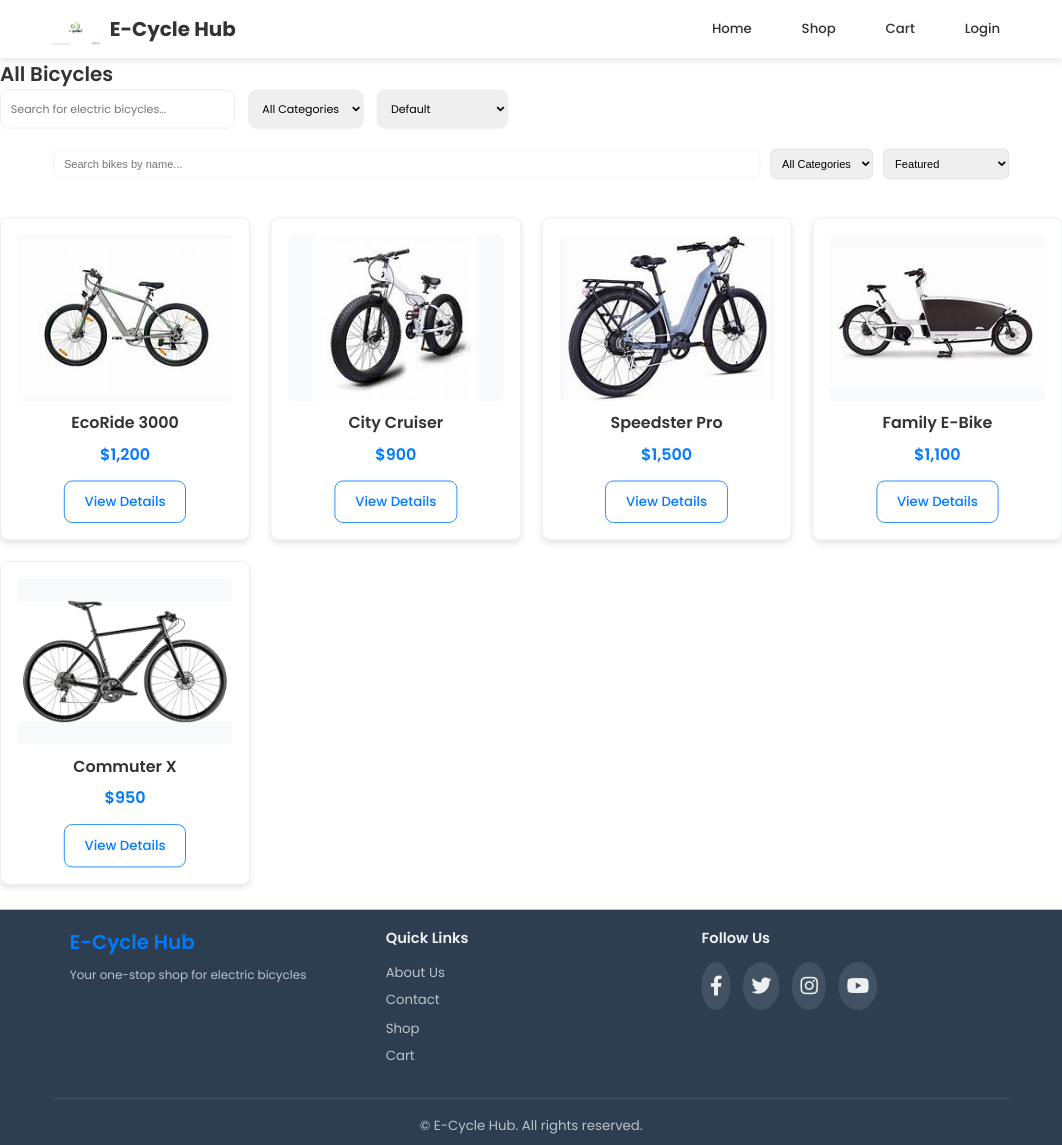
Repository: Rutuja-g/E-Cycle-Hub
Page: public/products.html
An editor plug-in stored every save of this project. The page is shown before and after the next save, followed by the edit.
The browser window is 1280 px wide. The pictures show the whole page, at 83% of full size.

Above is the page before, as saved 2025-10-24 16:08:38.
Console error: SyntaxError: Unexpected token 'export'

### public/products.html
<!DOCTYPE html>
<html lang="en">
  <head>
    <meta charset="UTF-8" />
    <meta name="viewport" content="width=device-width, initial-scale=1.0" />
    <title>Products - E-Cycle Hub</title>
    <link rel="preconnect" href="https://fonts.googleapis.com" />
    <link rel="preconnect" href="https://fonts.gstatic.com" crossorigin />
    <link
      href="https://fonts.googleapis.com/css2?family=Poppins:wght@300;400;500;600;700&display=swap"
      rel="stylesheet"
    />
    <link rel="icon" href="favicon.ico" type="image/x-icon" />
    <link rel="stylesheet" href="css/reset.css" />
    <link rel="stylesheet" href="css/variables.css" />
    <link rel="stylesheet" href="css/main.css" />
    <link
      rel="stylesheet"
      href="https://cdnjs.cloudflare.com/ajax/libs/font-awesome/6.0.0/css/all.min.css"
    />
  </head>
  <body>
    <header>
      <div id="header"></div>
    </header>

    <main>
      <section class="shop-products">
        <h2>All Bicycles</h2>
        <div class="product-search">
          <input
            type="text"
            id="searchInput"
            placeholder="Search for electric bicycles..."
          />
          <select id="categorySelect">
            <option value="all">All Categories</option>
          </select>
          <select id="sortSelect">
            <option value="">Default</option>
            <option value="price-asc">Price Low to High</option>
            <option value="price-desc">Price High to Low</option>
            <option value="popularity">Popularity</option>
          </select>
        </div>
        <div class="product-list" id="product-list">
          <!-- Product cards will be dynamically inserted here -->
        </div>
      </section>
    </main>

    <footer>
      <div id="footer"></div>
    </footer>

    <script src="js/components.js"></script>
    <script src="js/main.js"></script>
    <script src="js/api.js"></script>
    <script src="js/store.js"></script>
    <script src="js/cart.js"></script>
  </body>
</html>

### public/css/reset.css
html
/* CSS Reset */
* {
    margin: 0;
    padding: 0;
    box-sizing: border-box;
}

html, body {
    height: 100%;
    font-family: Arial, sans-serif;
}

img {
    max-width: 100%;
    height: auto;
}

a {
    text-decoration: none;
    color: inherit;
}

ul {
    list-style: none;
}

button {
    cursor: pointer;
}

### public/css/variables.css
:root {
  --primary-color: #007bff; /* Electric Blue */
  --secondary-color: #0056b3; /* Darker Blue for hover */
  --background-color: #ffffff; /* White */
  --text-color: #333333; /* Dark Gray */
  --muted: #6c757d; /* Muted text */
  --font-family: "Poppins", sans-serif; /* Modern Font */
  --font-size-base: 16px; /* Base Font Size */
  --font-size-large: 1.25rem; /* Large Font Size */
  --font-size-small: 0.875rem; /* Small Font Size */
  --border-radius: 10px; /* Rounded Corners */
  --box-shadow: 0 4px 8px rgba(0, 0, 0, 0.1); /* Subtle Box Shadow */
  --box-shadow-hover: 0 6px 12px rgba(0, 0, 0, 0.15); /* Hover Shadow */
  --transition: all 0.3s ease; /* Smooth Transitions */
}

### public/css/main.css
/* Main styles for E-Cycle Hub */

/* Reset some default styles */
body {
  margin: 0;
  font-family: var(--font-family);
  line-height: 1.6;
  color: var(--text-color);
  background-color: var(--background-color);
}

h1,
h2,
h3,
h4,
h5,
h6 {
  margin: 0;
  color: var(--text-color);
  font-weight: 600;
}

a {
  text-decoration: none;
  color: var(--primary-color);
  transition: var(--transition);
}

a:hover {
  color: var(--secondary-color);
}

/* Layout styles */
.container {
  width: 90%;
  max-width: 1200px;
  margin: auto;
}

/* Navbar styles */
.navbar {
  background: var(--background-color);
  box-shadow: var(--box-shadow);
  position: sticky;
  top: 0;
  z-index: 1000;
}

.nav-container {
  max-width: 1200px;
  margin: 0 auto;
  padding: 0 20px;
  display: flex;
  justify-content: space-between;
  align-items: center;
  height: 70px;
}

.logo a {
  font-size: 1.5em;
  font-weight: bold;
  display: flex;
  align-items: center;
  gap: 10px;
  color: var(--text-color);
  text-decoration: none;
}

.logo img {
  height: 40px;
  width: auto;
}

.nav-links {
  list-style: none;
  display: flex;
  gap: 30px;
  margin: 0;
  padding: 0;
}

.nav-links li {
  position: relative;
}

.nav-link {
  color: var(--text-color);
  text-decoration: none;
  padding: 10px 15px;
  border-radius: var(--border-radius);
  transition: all 0.3s ease;
  font-weight: 500;
}

.nav-link:hover,
.nav-link.active {
  background: var(--primary-color);
  color: white;
}

.nav-toggle {
  display: none;
  flex-direction: column;
  cursor: pointer;
  gap: 4px;
}

.nav-toggle span {
  width: 25px;
  height: 3px;
  background: var(--text-color);
  transition: 0.3s;
}

.main-content {
  padding: 20px 0;
}

/* Hero section styles */
.hero {
  position: relative;
  display: flex;
  align-items: center;
  justify-content: center;
  min-height: 400px;
  overflow: hidden;
}

.hero-banner {
  position: absolute;
  top: 0;
  left: 0;
  width: 100%;
  height: 100%;
  object-fit: cover;
  z-index: -1;
}

.hero-content {
  text-align: center;
  color: white;
  background: rgba(0, 0, 0, 0.5);
  padding: 20px;
  border-radius: 8px;
}

.hero h1 {
  font-size: 2.5em;
  margin-bottom: 10px;
}

.hero p {
  font-size: 1.2em;
  margin-bottom: 20px;
}

.btn {
  display: inline-block;
  padding: 12px 24px;
  background: var(--primary-color);
  color: white;
  border-radius: var(--border-radius);
  transition: var(--transition);
  font-weight: 500;
  border: none;
  cursor: pointer;
}

.btn:hover {
  background: var(--secondary-color);
  transform: translateY(-2px);
  box-shadow: var(--box-shadow-hover);
}

.btn.ghost {
  background: transparent;
  color: var(--primary-color);
  border: 1px solid var(--primary-color);
}

.btn.ghost:hover {
  background: var(--primary-color);
  color: white;
}

/* Responsive styles */
@media (max-width: 768px) {
  .container {
    width: 95%;
  }

  .header,
  .footer {
    padding: 15px 0;
  }

  .hero {
    min-height: 300px;
  }

  .hero h1 {
    font-size: 2em;
  }

  .hero p {
    font-size: 1em;
  }

  .product-search {
    flex-direction: column;
  }

  .product-search input,
  .product-search select {
    width: 100%;
  }
}

@media (max-width: 480px) {
  .hero {
    flex-direction: column;
    text-align: center;
  }

  .hero-content {
    padding: 15px;
  }

  .hero h1 {
    font-size: 1.8em;
  }

  .hero p {
    font-size: 0.9em;
  }

  /* Navbar responsive */
  .nav-toggle {
    display: flex;
  }

  .nav-links {
    position: absolute;
    top: 100%;
    left: 0;
    width: 100%;
    background: var(--background-color);
    flex-direction: column;
    padding: 20px 0;
    box-shadow: var(--box-shadow);
    display: none;
  }

  .nav-links.active {
    display: flex;
  }

  .nav-link {
    padding: 15px 20px;
    border-bottom: 1px solid rgba(0, 0, 0, 0.1);
  }

  .nav-link:hover,
  .nav-link.active {
    background: var(--primary-color);
    color: white;
    border-bottom: none;
  }

  /* Footer responsive */
  .footer-content {
    grid-template-columns: 1fr;
    text-align: center;
  }

  .social-icons {
    justify-content: center;
  }

  /* Grid responsive */
  .grid--featured {
    grid-template-columns: repeat(auto-fit, minmax(200px, 1fr));
  }
}

/* Product card styles (updated for .card class used by main.js) */
.card {
  border: 1px solid #e9ecef;
  border-radius: var(--border-radius);
  padding: 20px;
  text-align: center;
  background: var(--background-color);
  box-shadow: var(--box-shadow);
  transition: var(--transition);
  display: flex;
  flex-direction: column;
  height: 100%;
}

.card:hover {
  transform: translateY(-5px);
  box-shadow: var(--box-shadow-hover);
}

.card img {
  max-width: 100%;
  height: 200px;
  object-fit: contain;
  border-radius: 5px;
  margin-bottom: 15px;
  background-color: #f8f9fa;
}

.card .card-body {
  flex: 1;
  display: flex;
  flex-direction: column;
  justify-content: space-between;
}

.card .card-title {
  margin: 0 0 10px 0;
  font-size: 1.2em;
  line-height: 1.3;
}

.card .price {
  color: var(--primary-color);
  font-weight: 600;
  font-size: 1.2em;
  margin-bottom: 15px;
}

.card .btn {
  margin-top: auto;
  align-self: center;
}

/* Product search styles */
.product-search {
  display: flex;
  gap: 16px;
  margin-bottom: 24px;
  flex-wrap: wrap;
}

.product-search input,
.product-search select {
  padding: 12px;
  border: 1px solid #e9ecef;
  border-radius: var(--border-radius);
  font-family: var(--font-family);
  transition: var(--transition);
}

.product-search input:focus,
.product-search select:focus {
  outline: none;
  border-color: var(--primary-color);
  box-shadow: 0 0 0 2px rgba(0, 123, 255, 0.25);
}

/* Featured products grid */
.grid--featured,
.grid--shop,
.product-list {
  display: grid;
  grid-template-columns: repeat(auto-fit, minmax(300px, 1fr));
  gap: 25px;
  padding: 30px 0;
}

/* Cart styles */
.cart-item {
  display: flex;
  justify-content: space-between;
  padding: 16px 0;
  border-bottom: 1px solid #e9ecef;
}

.cart-item img {
  width: 50px;
  height: auto;
}

.cart-total {
  font-weight: bold;
  font-size: 1.2em;
}

/* Checkout styles */
.checkout-form {
  display: flex;
  flex-direction: column;
  gap: 16px;
}

.checkout-form input,
.checkout-form button {
  margin: 0;
  padding: 12px;
  border: 1px solid #e9ecef;
  border-radius: var(--border-radius);
  font-family: var(--font-family);
}

.checkout-form button {
  background: var(--primary-color);
  color: white;
  cursor: pointer;
  transition: var(--transition);
}

.checkout-form button:hover {
  background: var(--secondary-color);
}

/* Product details styles */
.product-details {
  max-width: 1200px;
  margin: 0 auto;
  padding: 20px;
  display: flex;
  flex-direction: column;
  gap: 20px;
}

.back-link {
  color: var(--primary-color, #4caf50);
  font-weight: bold;
  margin-bottom: 20px;
  display: inline-block;
}

.back-link:hover {
  color: var(--link-hover-color, #388e3c);
}

.product-image {
  flex: 1;
  max-width: 600px;
  margin: 0 auto;
}

.product-image img {
  width: 100%;
  height: auto;
  border-radius: 8px;
  box-shadow: 0 4px 10px rgba(0, 0, 0, 0.1);
}

.product-info {
  flex: 1;
  padding: 24px;
  background: var(--background-color);
  border-radius: var(--border-radius);
  box-shadow: var(--box-shadow);
}

.product-info h1 {
  font-size: 2em;
  margin-bottom: 10px;
}

.product-price {
  font-size: 1.5em;
  color: var(--primary-color);
  font-weight: 600;
  margin-bottom: 24px;
}

.product-info p {
  line-height: 1.6;
  margin-bottom: 20px;
}

.product-info .btn {
  margin-top: 20px;
}

/* Responsive for product details */
@media (max-width: 768px) {
  .product-details {
    flex-direction: column;
  }

  .product-image,
  .product-info {
    flex: none;
    width: 100%;
  }

  .product-info {
    padding: 15px;
  }

  .product-info h1 {
    font-size: 1.8em;
  }

  .product-price {
    font-size: 1.3em;
  }
}

/* Footer styles */
.footer {
  background: #2c3e50;
  color: #ecf0f1;
  padding: 20px 0 10px;
  margin-top: auto;
}

.footer-content {
  display: grid;
  grid-template-columns: repeat(auto-fit, minmax(250px, 1fr));
  gap: 30px;
  max-width: 1200px;
  margin: 0 auto;
  padding: 0 20px;
}

.footer-logo h2 {
  margin: 0 0 10px 0;
  color: var(--primary-color);
}

.footer-logo p {
  margin: 0;
  color: #bdc3c7;
  font-size: 0.9em;
}

.footer-links h3,
.footer-social h3 {
  margin: 0 0 15px 0;
  color: #ecf0f1;
  font-size: 1.1em;
}

.footer-links ul {
  list-style: none;
  padding: 0;
  margin: 0;
}

.footer-links li {
  margin-bottom: 8px;
}

.footer-links a {
  color: #bdc3c7;
  text-decoration: none;
  transition: color 0.3s;
}

.footer-links a:hover {
  color: var(--primary-color);
}

.social-icons {
  display: flex;
  gap: 15px;
}

.social-icons a {
  color: #ecf0f1;
  font-size: 1.5em;
  transition: all 0.3s;
  padding: 10px;
  border-radius: 50%;
  background: rgba(255, 255, 255, 0.1);
}

.social-icons a:hover {
  color: var(--primary-color);
  background: rgba(255, 255, 255, 0.2);
  transform: translateY(-2px);
}

.footer-bottom {
  text-align: center;
  margin-top: 30px;
  padding-top: 20px;
  border-top: 1px solid rgba(255, 255, 255, 0.1);
  color: #bdc3c7;
}

/* Add error styles */
.error {
  color: red;
  font-size: 0.9em;
  margin-top: 5px;
  display: none;
}

/* Success popup styles */
.success-popup {
  position: fixed;
  top: 0;
  left: 0;
  width: 100%;
  height: 100%;
  background-color: rgba(0, 0, 0, 0.5);
  display: flex;
  justify-content: center;
  align-items: center;
  z-index: 1000;
}

.popup-content {
  background-color: var(--background-color);
  padding: 24px;
  border-radius: var(--border-radius);
  text-align: center;
  box-shadow: var(--box-shadow);
}

.popup-content h3 {
  margin-bottom: 10px;
  color: var(--primary-color);
}

.popup-content button {
  background-color: var(--primary-color);
  color: white;
  border: none;
  padding: 12px 24px;
  border-radius: var(--border-radius);
  cursor: pointer;
  margin-top: 16px;
  transition: var(--transition);
}

.popup-content button:hover {
  background-color: var(--secondary-color);
}

### public/js/components.js
// components.js - Dynamic loading of header and footer components

(function () {
  // Load component into element
  async function loadComponent(componentPath, targetElement) {
    try {
      const response = await fetch(componentPath);
      if (!response.ok) {
        throw new Error(`Failed to load ${componentPath}: ${response.status}`);
      }
      const html = await response.text();
      targetElement.innerHTML = html;
    } catch (error) {
      console.error(`Error loading component ${componentPath}:`, error);
      targetElement.innerHTML = "<p>Error loading component</p>";
    }
  }

  // Load header and footer on page load
  document.addEventListener("DOMContentLoaded", function () {
    const headerElement = document.getElementById("header");
    const footerElement = document.getElementById("footer");

    if (headerElement) {
      loadComponent("components/header.html", headerElement);
    }

    if (footerElement) {
      loadComponent("components/footer.html", footerElement);
    }
  });
})();

### public/js/api.js
// This file contains functions for fetching and managing product data, including CRUD operations.

const apiUrl = 'https://api.example.com/products'; // Replace with your actual API endpoint

// Fetch all products
async function fetchProducts() {
    try {
        const response = await fetch(apiUrl);
        if (!response.ok) {
            throw new Error('Network response was not ok');
        }
        const products = await response.json();
        return products;
    } catch (error) {
        console.error('Error fetching products:', error);
    }
}

// Fetch a single product by ID
async function fetchProductById(productId) {
    try {
        const response = await fetch(`${apiUrl}/${productId}`);
        if (!response.ok) {
            throw new Error('Network response was not ok');
        }
        const product = await response.json();
        return product;
    } catch (error) {
        console.error('Error fetching product:', error);
    }
}

// Create a new product (for admin use)
async function createProduct(productData) {
    try {
        const response = await fetch(apiUrl, {
            method: 'POST',
            headers: {
                'Content-Type': 'application/json',
            },
            body: JSON.stringify(productData),
        });
        if (!response.ok) {
            throw new Error('Network response was not ok');
        }
        const newProduct = await response.json();
        return newProduct;
    } catch (error) {
        console.error('Error creating product:', error);
    }
}

// Update an existing product (for admin use)
async function updateProduct(productId, productData) {
    try {
        const response = await fetch(`${apiUrl}/${productId}`, {
            method: 'PUT',
            headers: {
                'Content-Type': 'application/json',
            },
            body: JSON.stringify(productData),
        });
        if (!response.ok) {
            throw new Error('Network response was not ok');
        }
        const updatedProduct = await response.json();
        return updatedProduct;
    } catch (error) {
        console.error('Error updating product:', error);
    }
}

// Delete a product (for admin use)
async function deleteProduct(productId) {
    try {
        const response = await fetch(`${apiUrl}/${productId}`, {
            method: 'DELETE',
        });
        if (!response.ok) {
            throw new Error('Network response was not ok');
        }
        return true; // Successfully deleted
    } catch (error) {
        console.error('Error deleting product:', error);
    }
}

### public/js/store.js
// This file manages localStorage interactions for saving and retrieving product data.

const store = {
    saveProducts: function(products) {
        localStorage.setItem('products', JSON.stringify(products));
    },
    getProducts: function() {
        const products = localStorage.getItem('products');
        return products ? JSON.parse(products) : [];
    },
    saveCart: function(cart) {
        localStorage.setItem('cart', JSON.stringify(cart));
    },
    getCart: function() {
        const cart = localStorage.getItem('cart');
        return cart ? JSON.parse(cart) : [];
    },
    clearCart: function() {
        localStorage.removeItem('cart');
    }
};

export default store;

### public/components/header.html
<nav class="navbar">
  <div class="nav-container">
    <div class="logo">
      <a href="index.html">
        <img src="assets/images/logo.jpg" alt="E-Cycle Hub Logo" />
        <span>E-Cycle Hub</span>
      </a>
    </div>
    <div class="nav-toggle" id="navToggle">
      <span></span>
      <span></span>
      <span></span>
    </div>
    <ul class="nav-links" id="navLinks">
      <li><a href="index.html" class="nav-link">Home</a></li>
      <li><a href="shop.html" class="nav-link">Shop</a></li>
      <li><a href="cart.html" class="nav-link">Cart</a></li>
      <li><a href="login.html" class="nav-link">Login</a></li>
    </ul>
  </div>
</nav>

### public/components/footer.html
<footer class="footer">
  <div class="container">
    <div class="footer-content">
      <div class="footer-logo">
        <h2>E-Cycle Hub</h2>
        <p>Your one-stop shop for electric bicycles</p>
      </div>
      <div class="footer-links">
        <h3>Quick Links</h3>
        <ul>
          <li><a href="about.html">About Us</a></li>
          <li><a href="contact.html">Contact</a></li>
          <li><a href="shop.html">Shop</a></li>
          <li><a href="cart.html">Cart</a></li>
        </ul>
      </div>
      <div class="footer-social">
        <h3>Follow Us</h3>
        <div class="social-icons">
          <a href="#" aria-label="Facebook"
            ><i class="fab fa-facebook-f"></i
          ></a>
          <a href="#" aria-label="Twitter"><i class="fab fa-twitter"></i></a>
          <a href="#" aria-label="Instagram"
            ><i class="fab fa-instagram"></i
          ></a>
          <a href="#" aria-label="YouTube"><i class="fab fa-youtube"></i></a>
        </div>
      </div>
    </div>
    <div class="footer-bottom">
      <p>&copy; <span id="year"></span> E-Cycle Hub. All rights reserved.</p>
    </div>
  </div>
</footer>

Loaded but not shown: public/assets/data/products.json (47 lines, source omitted); public/js/main.js (353 lines, source omitted); public/js/cart.js (205 lines, source omitted)

After the next save:
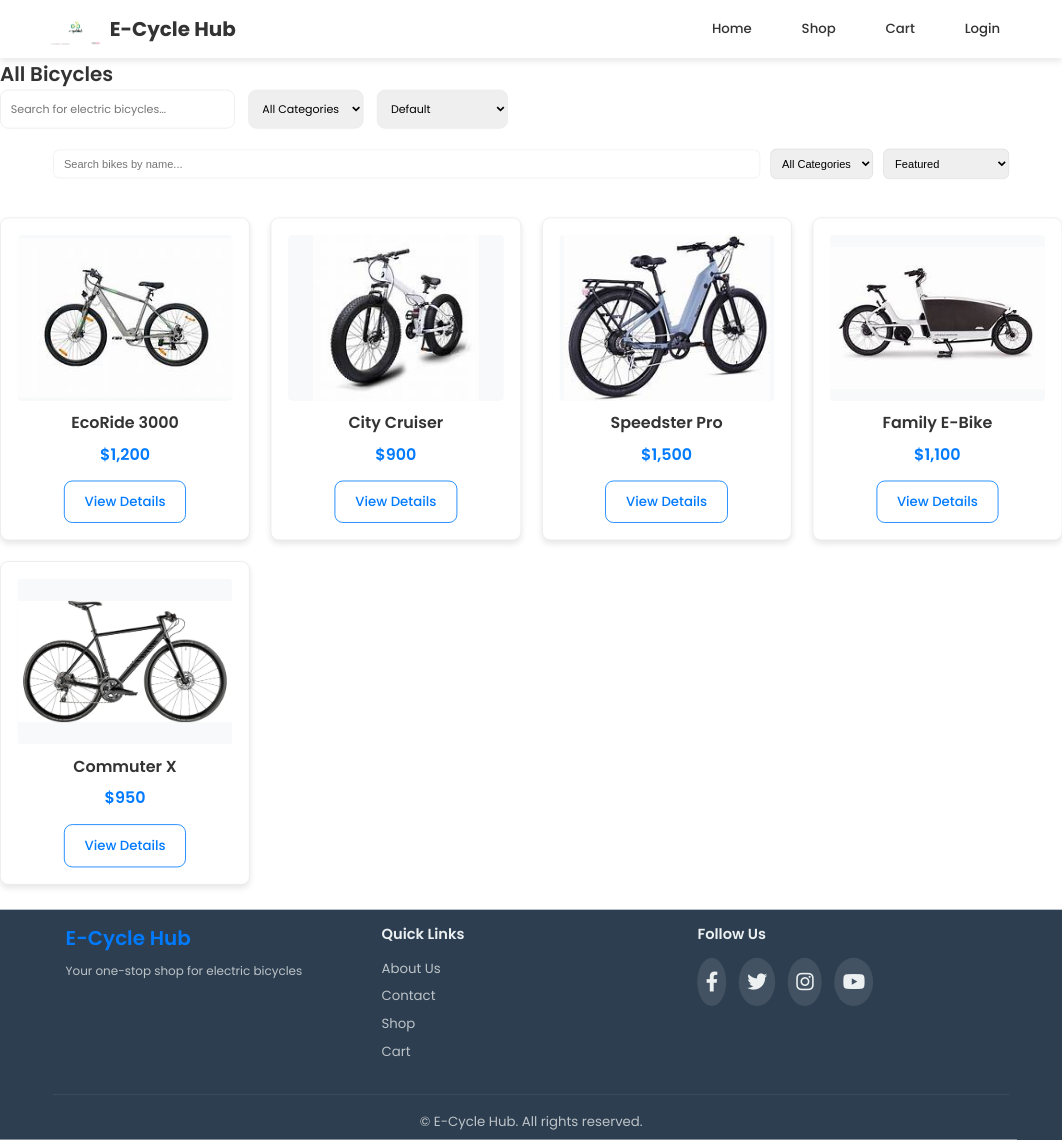
Saved 2 min 25 s later.
--- a/public/css/main.css
+++ b/public/css/main.css
@@ -507,17 +507,17 @@ a:hover {
 .footer {
   background: #2c3e50;
   color: #ecf0f1;
-  padding: 20px 0 10px;
+  padding: 15px 0 8px;
   margin-top: auto;
 }
 
 .footer-content {
   display: grid;
   grid-template-columns: repeat(auto-fit, minmax(250px, 1fr));
-  gap: 30px;
+  gap: 20px;
   max-width: 1200px;
   margin: 0 auto;
-  padding: 0 20px;
+  padding: 0 15px;
 }
 
 .footer-logo h2 {
